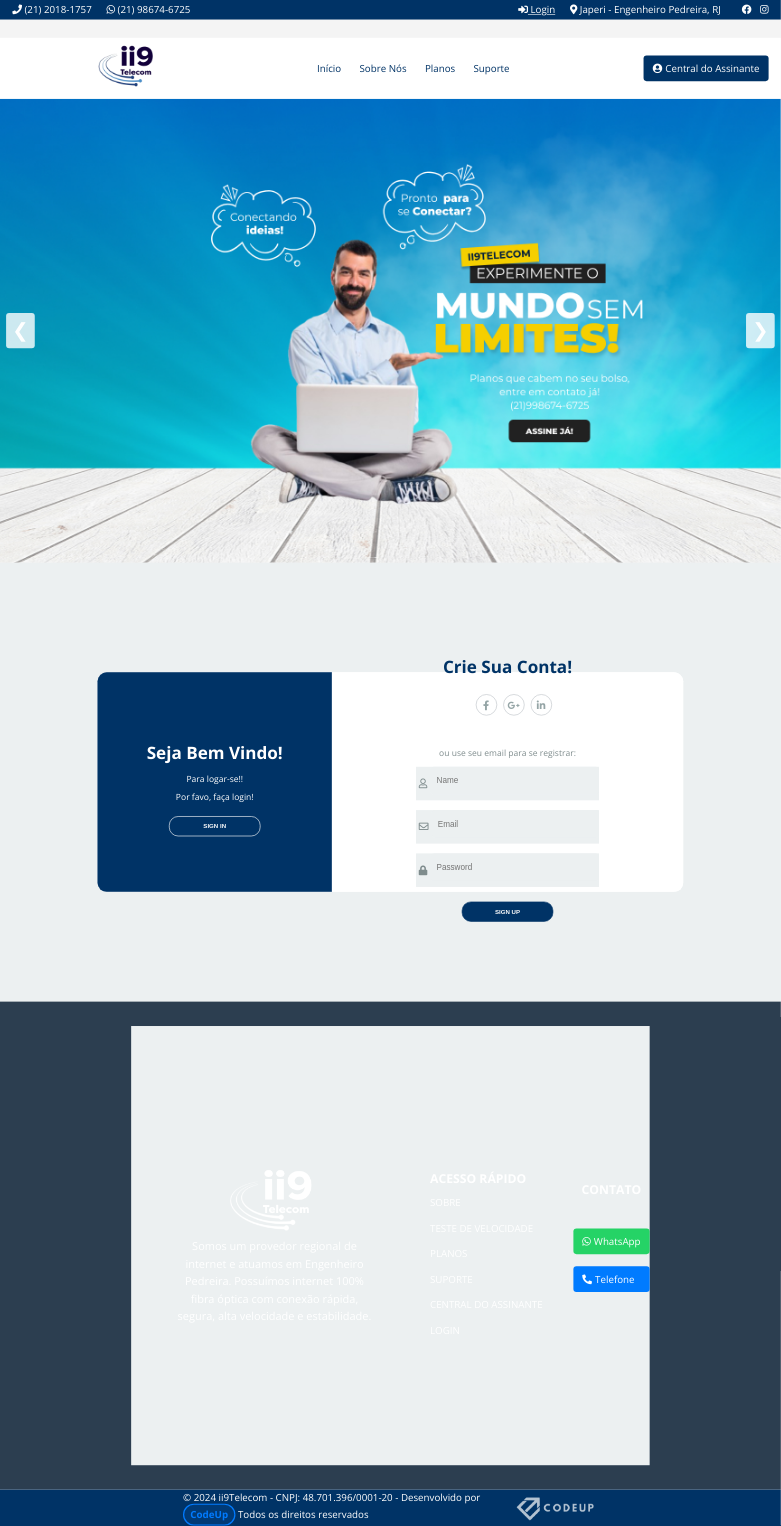
Repository: Gcodeco/ii9Telecom
Page: dist/public/screens/login.html
The author's editor kept a copy of each file at every save. The page is drawn from the files as they stood at one save, then again after the next save.
The browser window is 1280 px wide. The pictures show the whole page, at 61% of full size.
Some web libraries are served in a nearby version.

Above is the page before, as saved 2024-10-31 19:33:01.
Console error: TypeError: Cannot read properties of null (reading 'addEventListener')

After the next save:
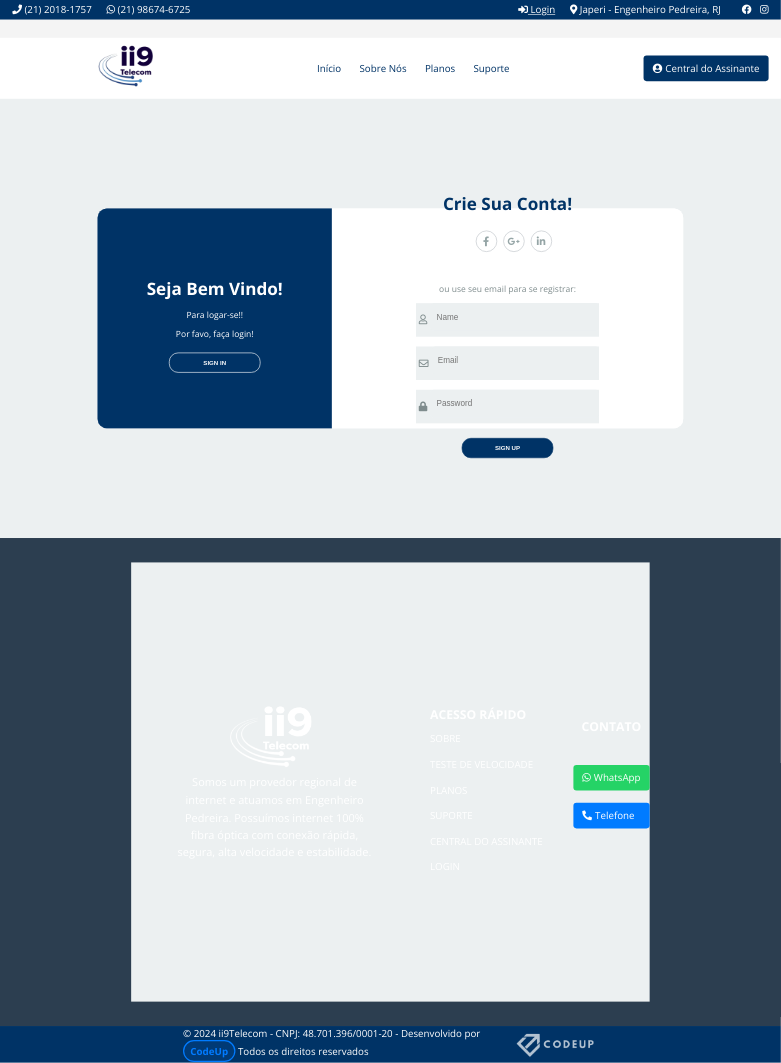
Saved 2 min 1 s later.
--- a/dist/public/screens/login.html
+++ b/dist/public/screens/login.html
@@ -46,14 +46,7 @@
     </section>
     </nav>
 
-    <div class="carousel">
-        <div class="carousel-images">
-            <img src="../img/6158252 (2).png" alt="Imagem 1" class="carousel-image active">
-            <img src="../img/Bannerii9.jpg" alt="Imagem 2" class="carousel-image active">
-        </div>
-        <button class="carousel-button prev" onclick="moveSlide(-1)">&#10094;</button>
-        <button class="carousel-button next" onclick="moveSlide(1)">&#10095;</button>
-    </div>
+
 
     <div class="container">
         <div class="content first-content">
